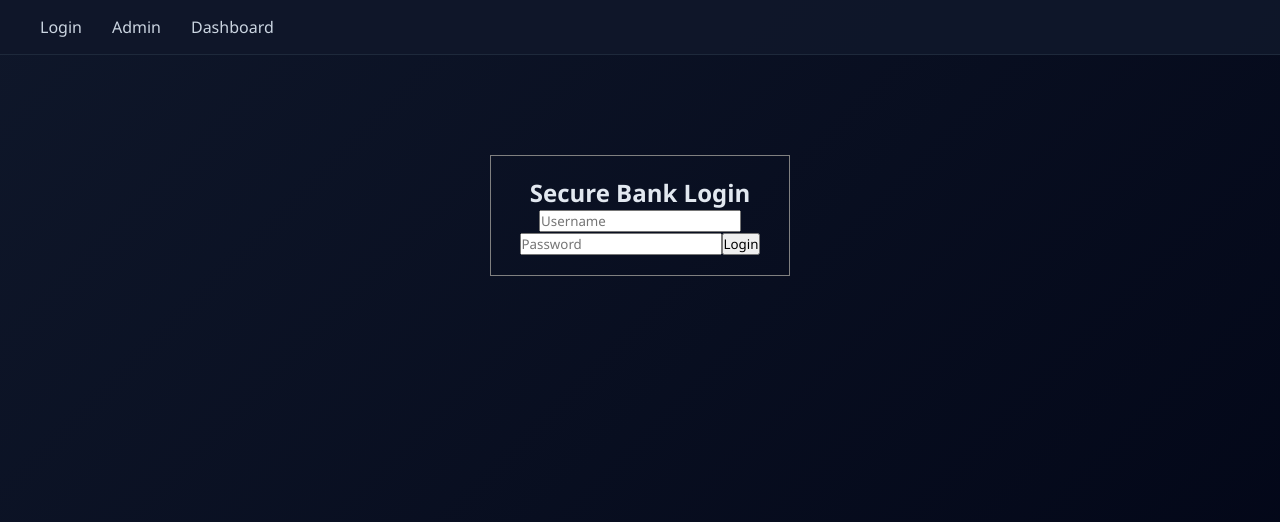
Repository: phanindrareddy2006/Honeypot
Page: / (app in honeypot-frontend/)
An editor plug-in stored every save of this project. The page is shown before and after the next save, followed by the edit.
The browser window is 1280 px wide. The pictures show the whole page.
The project was rebuilt for these pictures with package versions that can differ from the ones it lists, and the page was loaded fresh each time. Also part of the build but not shown: honeypot-frontend/vite.config.js, honeypot-frontend/src/components/Admin.css, honeypot-frontend/src/components/Admin.jsx, honeypot-frontend/src/components/Dashboard.css, honeypot-frontend/src/components/Dashboard.jsx.

Above is the page before, as saved 2026-02-21 10:30:19.

### honeypot-frontend/index.html
<!doctype html>
<html lang="en">
  <head>
    <meta charset="UTF-8" />
    <link rel="icon" type="image/svg+xml" href="/vite.svg" />
    <meta name="viewport" content="width=device-width, initial-scale=1.0" />
    <title>honeypot-frontend</title>
  </head>
  <body>
    <div id="root"></div>
    <script type="module" src="/src/main.jsx"></script>
  </body>
</html>

### honeypot-frontend/src/main.jsx
import React from 'react'
import ReactDOM from 'react-dom/client'
import App from './App.jsx'

ReactDOM.createRoot(document.getElementById('root')).render(
  <App />
)

### honeypot-frontend/src/App.jsx
import { BrowserRouter, Routes, Route, Link } from "react-router-dom";

import Login from "./components/Login";
import Admin from "./components/Admin";
import Dashboard from "./components/Dashboard";

import "./App.css";

function App(){

return(

<BrowserRouter>

<nav>

<Link to="/">Login</Link>

<Link to="/admin">Admin</Link>

<Link to="/dashboard">Dashboard</Link>

</nav>

<Routes>

<Route path="/" element={<Login/>} />

<Route path="/admin" element={<Admin/>} />

<Route path="/dashboard" element={<Dashboard/>} />

</Routes>

</BrowserRouter>

);

}

export default App;

### honeypot-frontend/src/components/Login.jsx
import { useState } from "react";
import "./Login.css";

function Login(){

const [username,setUsername]=useState("");
const [password,setPassword]=useState("");

const handleLogin=async()=>{

await fetch("http://localhost:8080/api/login",{

method:"POST",

headers:{
"Content-Type":"application/json"
},

body:JSON.stringify({ username,password })

});

alert("Login Failed");

};

return(

<div className="login">

<h2>Secure Bank Login</h2>

<input placeholder="Username"
onChange={(e)=>setUsername(e.target.value)}
/>

<input type="password"
placeholder="Password"
onChange={(e)=>setPassword(e.target.value)}
/>

<button onClick={handleLogin}>
Login
</button>

</div>

);

}

export default Login;

### honeypot-frontend/src/App.css
/* App.css */

* {
  margin: 0;
  padding: 0;
  box-sizing: border-box;
  font-family: "Segoe UI", Roboto, Arial, sans-serif;
}

body {
  background: linear-gradient(135deg, #0f172a, #020617);
  color: #e2e8f0;
  min-height: 100vh;
}

/* Navbar */

nav {
  background: rgba(15, 23, 42, 0.95);
  padding: 16px 40px;
  display: flex;
  gap: 30px;
  border-bottom: 1px solid #1e293b;
}

nav a {
  color: #cbd5e1;
  text-decoration: none;
  font-size: 16px;
  font-weight: 500;
  transition: 0.3s;
}

nav a:hover {
  color: #38bdf8;
}

### honeypot-frontend/src/components/Login.css
.login{

width:300px;

margin:100px auto;

padding:20px;

border:1px solid gray;

text-align:center;

}

After the next save:
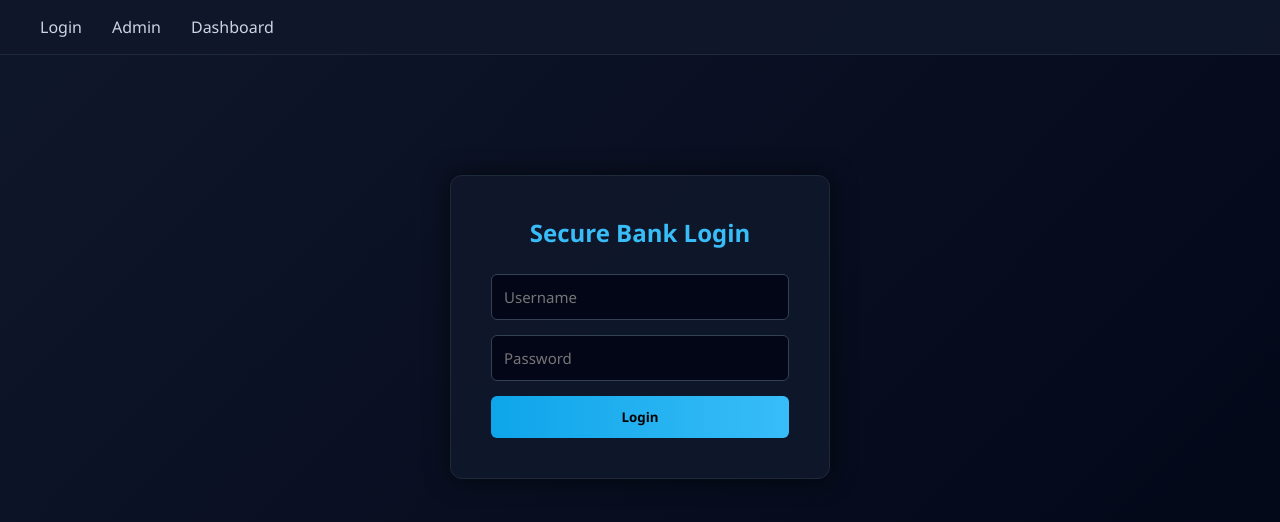
Saved 21 s later.
--- a/honeypot-frontend/src/components/Login.css
+++ b/honeypot-frontend/src/components/Login.css
@@ -1,13 +1,87 @@
-.login{
+/* Login.css */
 
-width:300px;
+.login {
 
-margin:100px auto;
+  width: 380px;
 
-padding:20px;
+  margin: 120px auto;
 
-border:1px solid gray;
+  padding: 40px;
 
-text-align:center;
+  background: rgba(15, 23, 42, 0.95);
+
+  border-radius: 12px;
+
+  border: 1px solid #1e293b;
+
+  box-shadow: 0 0 25px rgba(0, 0, 0, 0.6);
+
+  text-align: center;
 
 }
+
+.login h2 {
+
+  margin-bottom: 25px;
+
+  font-weight: 600;
+
+  color: #38bdf8;
+
+}
+
+.login input {
+
+  width: 100%;
+
+  padding: 12px;
+
+  margin-bottom: 15px;
+
+  border-radius: 6px;
+
+  border: 1px solid #334155;
+
+  background: #020617;
+
+  color: white;
+
+  font-size: 15px;
+
+}
+
+.login input:focus {
+
+  outline: none;
+
+  border-color: #38bdf8;
+
+}
+
+.login button {
+
+  width: 100%;
+
+  padding: 12px;
+
+  background: linear-gradient(90deg, #0ea5e9, #38bdf8);
+
+  border: none;
+
+  border-radius: 6px;
+
+  color: black;
+
+  font-weight: bold;
+
+  cursor: pointer;
+
+  transition: 0.3s;
+
+}
+
+.login button:hover {
+
+  transform: scale(1.05);
+
+}
